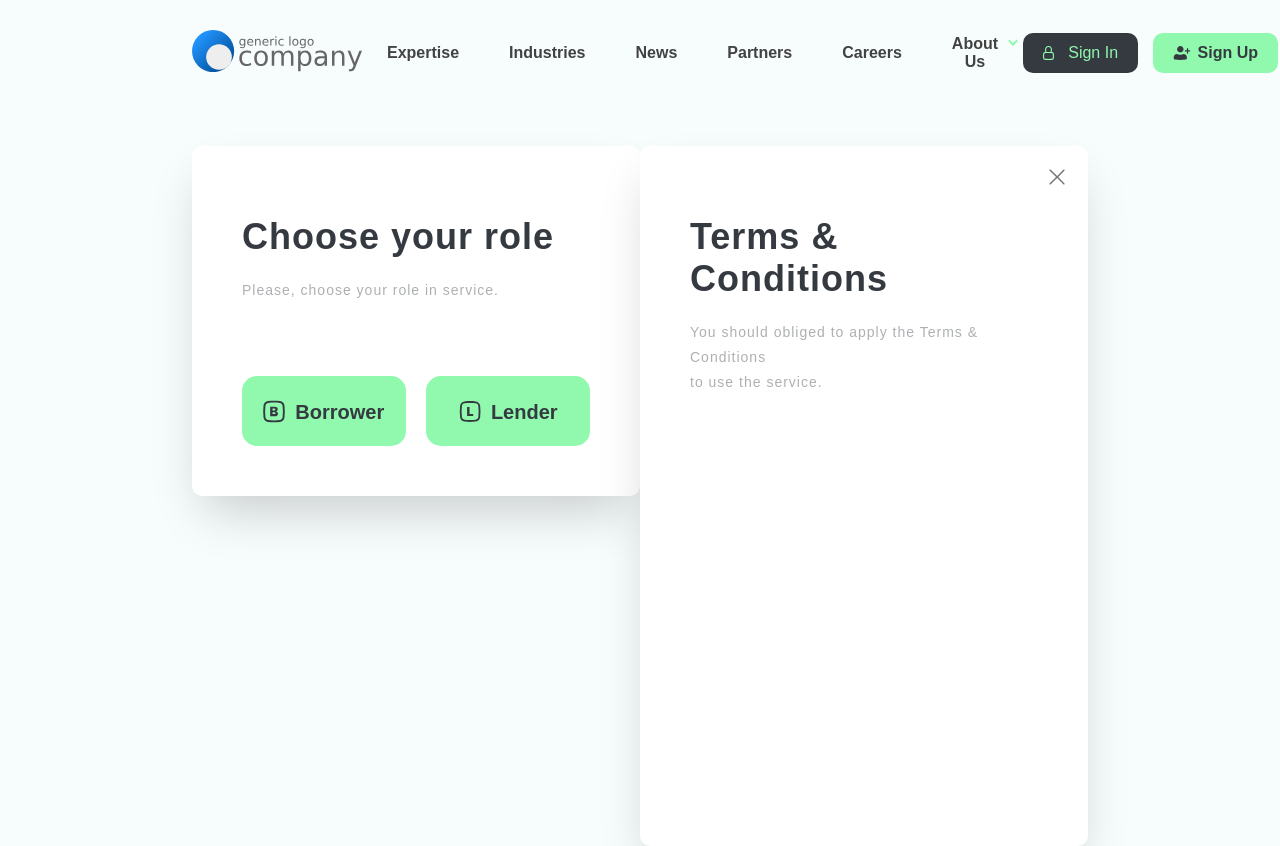
Repository: Andriy-Ma/widgetTask
Page: /
These files come from the project's save history. The page is drawn as it stood at one moment and after the next save; the edit follows.
The browser window is 1280 px wide. The pictures show the whole page.
The page's requests for data from a server got no answer. Some web fonts or font styles are not loaded; a fallback is used. The project was rebuilt for these pictures with package versions that can differ from the ones it lists, and the page was loaded fresh each time. No one was signed in, and anything a server would have sent is missing. Also part of the build but not shown: src/components/Main/SelectedRoleForm/selectedRoleForm.module.css, src/components/Main/SelectedRoleForm/selectedRoleForm.jsx.

Above is the page before, as saved 2022-08-30 10:56:55.

### public/index.html
<!DOCTYPE html>
<html lang="en">
  <head>
    <meta charset="utf-8" />
    <link rel="icon" href="%PUBLIC_URL%/favicon.ico" />
    <link rel="stylesheet" href="https://use.typekit.net/clw7fgu.css">
    <meta name="viewport" content="width=device-width, initial-scale=1" />
    <meta name="theme-color" content="#000000" />
    <meta
      name="description"
      content="Web site created using create-react-app"
    />
    <link rel="apple-touch-icon" href="%PUBLIC_URL%/logo192.png" />
    <!--
      manifest.json provides metadata used when your web app is installed on a
      user's mobile device or desktop. See https://developers.google.com/web/fundamentals/web-app-manifest/
    -->
    <link rel="manifest" href="%PUBLIC_URL%/manifest.json" />
    <!--
      Notice the use of %PUBLIC_URL% in the tags above.
      It will be replaced with the URL of the `public` folder during the build.
      Only files inside the `public` folder can be referenced from the HTML.

      Unlike "/favicon.ico" or "favicon.ico", "%PUBLIC_URL%/favicon.ico" will
      work correctly both with client-side routing and a non-root public URL.
      Learn how to configure a non-root public URL by running `npm run build`.
    -->
    <title>React App</title>
  </head>
  <body>
    <noscript>You need to enable JavaScript to run this app.</noscript>
    <div id="root"></div>
    <!--
      This HTML file is a template.
      If you open it directly in the browser, you will see an empty page.

      You can add webfonts, meta tags, or analytics to this file.
      The build step will place the bundled scripts into the <body> tag.

      To begin the development, run `npm start` or `yarn start`.
      To create a production bundle, use `npm run build` or `yarn build`.
    -->
  </body>
</html>

### src/index.css
* {
  box-sizing: border-box;
  margin: 0;
  padding: 0;
}
body {
  font-family: 'Poppins', sans-serif;
  background-color: #f7fcfd;
  -webkit-font-smoothing: antialiased;
  -moz-osx-font-smoothing: grayscale;
}

### src/App.js
import React from 'react';
import styles from './App.module.css';
import Header from './components/Header/header';
import MainBlock from './components/Main/main';

function App() {
  return (
    <div className={styles.container}>
      <Header/>
      <MainBlock/>
    </div>
  );
}

export default App;

### src/App.module.css
.container {
    display: block;
    align-items: center;
    justify-content: center;
    padding-left: 15%;
    padding-right: 15%;
}

### src/components/Header/header.jsx
import React from 'react';
import Icon from './img/logo-generic';
import {ReactComponent as Lock} from './img/lock.svg';
import {ReactComponent as SignUp} from './img/signup.svg';
import styles from './header.module.css';

function Header() {
  return (
    <div className={styles.header}>
        <div className={styles.logo}>
          <a href="#home">
            <Icon/>
          </a>
        </div>
        <div className={styles.middleOfHeader}>
          <a href="#expertise">Expertise</a>
          <a href="#industries">Industries</a>
          <a href="#news">News</a>
          <a href="#partners">Partners</a>
          <a href="#careers">Careers</a>
          <a href="#aboutus" className={styles.aboutUs}>About Us</a>
        </div>
        <div className={styles.buttonsHeader}>
          <div className={styles.signin}>
            <Lock/>
            <p>Sign In</p>
          </div>
          <div className={styles.signup}>
            <SignUp/>
            <p>Sign Up</p>
          </div>
        </div>
    </div>
  )
}

export default Header;

### src/components/Main/main.jsx
import React,{useState} from 'react';
import ChooseForm from './ChooseForm/chooseForm';
import styles from './main.module.css';
import SelectedRoleForm from './SelectedRoleForm/selectedRoleForm';

function MainBlock() {

  const [selectedRole, setSelectedRole] = useState('');
  console.log(selectedRole);

  return (
    <div className={styles.container}>
        {
          !selectedRole ? <ChooseForm getRole={setSelectedRole}/> : <SelectedRoleForm role={selectedRole} getRole={setSelectedRole}/>
        }
    </div>
  )
}

export default MainBlock;

### src/components/Header/img/logo-generic.jsx
import React from "react";

function Icon() {
  return (
    <svg
      xmlns="http://www.w3.org/2000/svg"
      version="1.1"
      viewBox="0 0 1425.8 353.74"
    >
      <defs>
        <linearGradient
          id="linearGradient5311"
          x1="-467.57"
          x2="-469.87"
          y1="-68.973"
          y2="488.43"
          gradientUnits="userSpaceOnUse"
        >
          <stop offset="0" stopColor="#2294fe"></stop>
          <stop offset="1" stopColor="#014f96"></stop>
        </linearGradient>
      </defs>
      <g transform="translate(364.43 8.482)">
        <g>
          <g fill="#666" transform="translate(-14.426 -21.336)">
            <path d="M145.49 192.37v19.095c-5.773-3.182-11.583-5.55-17.43-7.105a64.331 64.331 0 00-17.541-2.443c-13.248 0-23.536 4.22-30.863 12.657-7.327 8.363-10.991 20.13-10.991 35.304 0 15.172 3.663 26.977 10.991 35.415 7.327 8.363 17.615 12.545 30.863 12.545 5.92 0 11.768-.778 17.541-2.332 5.847-1.628 11.657-4.033 17.43-7.216v18.873a83.693 83.693 0 01-17.763 5.995c-6.07 1.332-12.545 1.998-19.428 1.998-18.725 0-33.601-5.884-44.629-17.652s-16.542-27.643-16.542-47.627c0-20.279 5.55-36.229 16.653-47.849 11.176-11.62 26.459-17.43 45.85-17.43 6.29 0 12.434.666 18.429 1.999a81.647 81.647 0 0117.43 5.772"></path>
            <path d="M228.98 201.92c-10.954 0-19.613 4.293-25.978 12.878-6.365 8.511-9.548 20.205-9.548 35.082 0 14.876 3.146 26.607 9.437 35.193 6.365 8.511 15.061 12.767 26.089 12.767 10.88 0 19.502-4.293 25.867-12.878 6.365-8.585 9.547-20.279 9.547-35.082 0-14.728-3.182-26.385-9.547-34.971-6.365-8.66-14.987-12.989-25.867-12.989m0-17.319c17.763 0 31.714 5.773 41.854 17.319s15.209 27.532 15.209 47.96c0 20.353-5.07 36.34-15.209 47.96-10.14 11.546-24.091 17.319-41.854 17.319-17.837 0-31.825-5.773-41.965-17.319-10.066-11.62-15.098-27.606-15.098-47.96 0-20.427 5.033-36.414 15.098-47.96 10.14-11.546 24.128-17.319 41.965-17.319"></path>
            <path d="M416.6 211.46c5.107-9.177 11.213-15.949 18.318-20.316 7.105-4.367 15.468-6.55 25.09-6.55 12.952 0 22.943 4.552 29.975 13.655 7.03 9.03 10.546 21.908 10.547 38.634v75.048h-20.538v-74.382c0-11.916-2.11-20.76-6.328-26.533-4.219-5.773-10.658-8.66-19.317-8.66-10.584 0-18.947 3.516-25.09 10.548-6.143 7.03-9.215 16.616-9.214 28.754v70.274h-20.538V237.55c0-11.99-2.11-20.834-6.328-26.533-4.22-5.773-10.732-8.66-19.54-8.66-10.435 0-18.724 3.553-24.867 10.658-6.143 7.031-9.215 16.58-9.215 28.643v70.274h-20.538v-124.34h20.538v19.317c4.663-7.623 10.251-13.248 16.764-16.875 6.513-3.626 14.247-5.44 23.203-5.44 9.03 0 16.69 2.295 22.981 6.883 6.365 4.59 11.065 11.25 14.099 19.983"></path>
            <path d="M560.7 293.28v65.945h-20.538v-171.63H560.7v18.873c4.293-7.401 9.695-12.878 16.209-16.431 6.587-3.627 14.432-5.44 23.536-5.44 15.098 0 27.347 5.995 36.747 17.985 9.473 11.99 14.21 27.755 14.21 47.294 0 19.54-4.737 35.304-14.21 47.294-9.4 11.99-21.649 17.985-36.747 17.985-9.104 0-16.949-1.776-23.536-5.329-6.513-3.626-11.916-9.14-16.209-16.542m69.497-43.408c0-15.024-3.109-26.792-9.326-35.304-6.143-8.585-14.617-12.878-25.423-12.878-10.806 0-19.317 4.293-25.534 12.878-6.143 8.512-9.214 20.28-9.214 35.304 0 15.024 3.071 26.83 9.214 35.415 6.217 8.512 14.728 12.767 25.534 12.767s19.28-4.255 25.423-12.767c6.217-8.585 9.326-20.39 9.326-35.415"></path>
            <path d="M741.77 249.43c-16.505 0-27.94 1.887-34.304 5.662-6.365 3.775-9.548 10.214-9.547 19.317 0 7.253 2.368 13.026 7.105 17.319 4.81 4.219 11.324 6.328 19.539 6.328 11.324 0 20.39-3.997 27.199-11.99 6.883-8.067 10.325-18.762 10.325-32.084v-4.552H741.77m40.744-8.437v70.94h-20.427V293.06c-4.663 7.549-10.473 13.137-17.43 16.764-6.958 3.552-15.47 5.329-25.534 5.329-12.73 0-22.87-3.553-30.42-10.658-7.475-7.18-11.212-16.764-11.212-28.754 0-13.988 4.662-24.535 13.988-31.64 9.4-7.106 23.388-10.658 41.965-10.658h28.643v-1.999c0-9.4-3.109-16.653-9.326-21.759-6.143-5.18-14.802-7.77-25.978-7.77-7.105 0-14.025.85-20.76 2.552-6.735 1.703-13.21 4.256-19.428 7.66v-18.872c7.475-2.887 14.728-5.033 21.76-6.44 7.03-1.48 13.876-2.22 20.537-2.22 17.985 0 31.418 4.663 40.3 13.988 8.88 9.326 13.321 23.462 13.321 42.41"></path>
            <path d="M928.5 236.89v75.048h-20.427v-74.382c0-11.768-2.295-20.575-6.883-26.422-4.589-5.847-11.472-8.77-20.65-8.77-11.027 0-19.723 3.515-26.088 10.547-6.365 7.03-9.548 16.616-9.548 28.754v70.274h-20.538v-124.34h20.538v19.317c4.885-7.476 10.621-13.063 17.208-16.764 6.661-3.7 14.321-5.551 22.981-5.551 14.284 0 25.09 4.44 32.417 13.322 7.327 8.807 10.991 21.797 10.991 38.967"></path>
            <path d="M1021.2 323.48c-5.773 14.802-11.398 24.461-16.875 28.976-5.477 4.515-12.804 6.772-21.981 6.772h-16.32v-17.097h11.99c5.625 0 9.992-1.332 13.1-3.996s6.55-8.956 10.325-18.873l3.664-9.326-50.291-122.34h21.648l38.856 97.252 38.856-97.252h21.648l-54.621 135.89"></path>
          </g>
          <g fill="#666" transform="translate(-416.34 -21.336)">
            <path d="M489.95 115.06c0-6.675-1.385-11.848-4.155-15.519-2.737-3.671-6.592-5.507-11.564-5.507-4.94 0-8.794 1.836-11.564 5.507-2.737 3.671-4.105 8.844-4.105 15.519 0 6.642 1.368 11.798 4.105 15.469 2.77 3.671 6.625 5.507 11.564 5.507 4.973 0 8.827-1.836 11.564-5.507 2.77-3.671 4.155-8.828 4.155-15.469m9.211 21.727c0 9.545-2.119 16.637-6.357 21.276-4.24 4.672-10.73 7.009-19.474 7.009-3.238 0-6.292-.25-9.162-.751a44.69 44.69 0 01-8.36-2.203v-8.961c2.703 1.468 5.373 2.553 8.01 3.254 2.636.7 5.323 1.051 8.06 1.051 6.04 0 10.563-1.585 13.567-4.756 3.004-3.137 4.505-7.893 4.505-14.268v-4.555c-1.902 3.304-4.338 5.774-7.309 7.409-2.97 1.635-6.524 2.453-10.663 2.453-6.875 0-12.415-2.62-16.62-7.86-4.206-5.24-6.308-12.182-6.308-20.826 0-8.677 2.102-15.636 6.307-20.876 4.206-5.24 9.746-7.86 16.621-7.86 4.139 0 7.693.818 10.663 2.454 2.97 1.635 5.407 4.105 7.31 7.409v-8.51h9.21v49.11"></path>
            <path d="M566.09 113.41v4.506h-42.352c.4 6.34 2.303 11.18 5.707 14.518 3.438 3.304 8.21 4.956 14.318 4.956 3.538 0 6.959-.434 10.263-1.302 3.337-.868 6.642-2.17 9.912-3.905v8.711a55.24 55.24 0 01-10.163 3.204 50.9 50.9 0 01-10.563 1.102c-8.944 0-16.037-2.604-21.276-7.81-5.206-5.207-7.81-12.248-7.81-21.126 0-9.178 2.47-16.454 7.41-21.827 4.973-5.407 11.664-8.11 20.075-8.11 7.542 0 13.5 2.436 17.872 7.309 4.405 4.84 6.608 11.43 6.608 19.774m-9.211-2.703c-.067-5.04-1.486-9.062-4.256-12.065-2.736-3.004-6.374-4.506-10.914-4.506-5.14 0-9.261 1.452-12.365 4.355-3.07 2.904-4.839 6.992-5.306 12.265l32.84-.05"></path>
            <path d="M627.62 109.9v33.842h-9.211v-33.541c0-5.306-1.035-9.278-3.104-11.915-2.07-2.636-5.173-3.955-9.312-3.955-4.973 0-8.894 1.585-11.765 4.756-2.87 3.17-4.305 7.493-4.305 12.966v31.689h-9.261V87.673h9.261v8.71c2.203-3.37 4.79-5.89 7.76-7.558 3.003-1.67 6.458-2.503 10.363-2.504 6.44 0 11.314 2.003 14.618 6.008 3.304 3.971 4.956 9.829 4.956 17.572"></path>
            <path d="M694.05 113.41v4.506h-42.352c.4 6.34 2.303 11.18 5.707 14.518 3.438 3.304 8.21 4.956 14.318 4.956 3.538 0 6.959-.434 10.263-1.302 3.337-.868 6.642-2.17 9.912-3.905v8.711a55.24 55.24 0 01-10.163 3.204 50.9 50.9 0 01-10.563 1.102c-8.944 0-16.037-2.604-21.276-7.81-5.206-5.207-7.81-12.248-7.81-21.126 0-9.178 2.47-16.454 7.41-21.827 4.973-5.407 11.664-8.11 20.075-8.11 7.543 0 13.5 2.436 17.872 7.309 4.405 4.84 6.608 11.43 6.608 19.774m-9.211-2.703c-.067-5.04-1.486-9.062-4.256-12.065-2.736-3.004-6.374-4.506-10.913-4.506-5.14 0-9.261 1.452-12.365 4.355-3.07 2.904-4.839 6.992-5.306 12.265l32.84-.05"></path>
            <path d="M741.46 96.286a11.624 11.624 0 00-3.404-1.302c-1.202-.3-2.537-.45-4.005-.45-5.207 0-9.212 1.702-12.015 5.106-2.77 3.371-4.155 8.227-4.155 14.568v29.537h-9.262V87.676h9.262v8.71c1.935-3.403 4.455-5.923 7.56-7.558 3.103-1.67 6.874-2.503 11.313-2.503.634 0 1.335.05 2.103.15.767.067 1.618.183 2.553.35l.05 9.462"></path>
            <path d="M751.22 87.676h9.211v56.069h-9.211V87.676m0-21.827h9.211v11.664h-9.211V65.849"></path>
            <path d="M820.01 89.828v8.61c-2.603-1.434-5.223-2.502-7.86-3.203a29.012 29.012 0 00-7.91-1.102c-5.974 0-10.613 1.903-13.917 5.707-3.304 3.772-4.956 9.078-4.956 15.92 0 6.842 1.652 12.165 4.957 15.97 3.304 3.772 7.943 5.657 13.917 5.657 2.67 0 5.306-.35 7.91-1.051 2.636-.734 5.256-1.819 7.859-3.254v8.51a37.736 37.736 0 01-8.01 2.704c-2.737.6-5.657.9-8.76.9-8.445 0-15.153-2.652-20.126-7.959-4.973-5.306-7.459-12.465-7.459-21.477 0-9.144 2.503-16.337 7.51-21.577 5.039-5.24 11.93-7.86 20.675-7.86 2.837 0 5.607.3 8.31.902a36.82 36.82 0 017.86 2.603"></path>
            <path d="M868.57 65.849h9.211v77.896h-9.211V65.849"></path>
            <path d="M918.73 94.134c-4.94 0-8.844 1.936-11.714 5.807-2.87 3.838-4.305 9.111-4.305 15.82s1.418 11.998 4.255 15.87c2.87 3.838 6.792 5.757 11.765 5.757 4.906 0 8.794-1.935 11.664-5.807 2.87-3.871 4.305-9.144 4.305-15.82 0-6.641-1.435-11.898-4.305-15.769-2.87-3.905-6.758-5.857-11.664-5.857m0-7.81c8.01 0 14.301 2.604 18.873 7.81 4.572 5.206 6.858 12.415 6.859 21.627 0 9.178-2.287 16.387-6.859 21.627-4.572 5.206-10.863 7.81-18.873 7.81-8.043 0-14.351-2.604-18.923-7.81-4.539-5.24-6.808-12.45-6.808-21.627 0-9.211 2.27-16.42 6.808-21.627 4.572-5.206 10.88-7.81 18.923-7.81"></path>
            <path d="M996.58 115.06c0-6.675-1.385-11.848-4.155-15.519-2.737-3.671-6.592-5.507-11.564-5.507-4.94 0-8.794 1.836-11.564 5.507-2.737 3.671-4.105 8.844-4.105 15.519 0 6.642 1.368 11.798 4.105 15.469 2.77 3.671 6.625 5.507 11.564 5.507 4.973 0 8.828-1.836 11.564-5.507 2.77-3.671 4.155-8.828 4.155-15.469m9.211 21.727c0 9.545-2.119 16.637-6.357 21.276-4.24 4.672-10.73 7.009-19.474 7.009-3.238 0-6.292-.25-9.162-.751a44.69 44.69 0 01-8.36-2.203v-8.961c2.703 1.468 5.373 2.553 8.01 3.254 2.636.7 5.323 1.051 8.06 1.051 6.04 0 10.563-1.585 13.567-4.756 3.003-3.137 4.505-7.893 4.505-14.268v-4.555c-1.902 3.304-4.338 5.774-7.309 7.409-2.97 1.635-6.524 2.453-10.663 2.453-6.875 0-12.415-2.62-16.62-7.86-4.206-5.24-6.308-12.182-6.308-20.826 0-8.677 2.102-15.636 6.307-20.876 4.206-5.24 9.746-7.86 16.621-7.86 4.139 0 7.693.818 10.663 2.454 2.97 1.635 5.407 4.105 7.31 7.409v-8.51h9.21v49.11"></path>
            <path d="M1046.5 94.134c-4.94 0-8.844 1.936-11.714 5.807-2.87 3.838-4.305 9.111-4.305 15.82s1.418 11.998 4.255 15.87c2.87 3.838 6.792 5.757 11.765 5.757 4.906 0 8.794-1.935 11.664-5.807 2.87-3.871 4.305-9.144 4.305-15.82 0-6.641-1.435-11.898-4.305-15.769-2.87-3.905-6.758-5.857-11.664-5.857m0-7.81c8.01 0 14.3 2.604 18.873 7.81 4.572 5.206 6.858 12.415 6.858 21.627 0 9.178-2.286 16.387-6.858 21.627-4.572 5.206-10.864 7.81-18.873 7.81-8.043 0-14.351-2.604-18.924-7.81-4.539-5.24-6.808-12.45-6.808-21.627 0-9.211 2.269-16.42 6.808-21.627 4.572-5.206 10.88-7.81 18.924-7.81"></path>
          </g>
          <g transform="rotate(-45 269.773 885.347) scale(.61927)">
            <path
              fill="url(#linearGradient5311)"
              d="M-184.26 202.82c0 157.74-127.87 285.61-285.61 285.61s-285.61-127.87-285.61-285.61S-627.61-82.79-469.87-82.79s285.61 127.87 285.61 285.61z"
              transform="translate(1202 -114.01)"
            ></path>
            <path
              fill="#eee"
              d="M-184.26 202.82c0 157.74-127.87 285.61-285.61 285.61s-285.61-127.87-285.61-285.61S-627.61-82.79-469.87-82.79s285.61 127.87 285.61 285.61z"
              transform="translate(1018.2 79.03) scale(.60887)"
            ></path>
          </g>
        </g>
      </g>
    </svg>
  );
}

export default Icon;

### src/components/Header/header.module.css
.logo {
    display: block;
    min-width: 170px;
}
.header {
    display: flex;
    justify-content: space-between;
    align-items: center;
    padding-top: 30px;
    min-width: 1000px;
}
.middleOfHeader {
    display: flex;
    justify-content: space-between;
    align-items: center;
    text-decoration: none;
}
.middleOfHeader a {
    display: block;
    color: #424242;
    text-align: center;
    padding: 0px 25px;
    text-decoration: none;
    font-size: 16px;
    font-weight: 600;
}
.middleOfHeader a:hover {
    color: #1b1a1a;
}
.aboutUs{
    position: relative;
}
.aboutUs::after{
    content: '';
    border-left: 2px solid #90F9AD;
    border-top: 2px solid #90F9AD;
    width: 5px;
    height: 5px;
    float: right;
    transform: translate(50%, -50%) rotate(-135deg);
    position: absolute;
    top: 6px;
    right: 10px;
}
.buttonsHeader {
    display: flex;
    justify-content: space-between;
    align-items: center;
}
.buttonsHeader:hover {
    cursor: pointer;
}
.signin {
    display: flex;
    justify-content: space-between;
    align-items: center;
    color: #90F9AD;
    background-color: #343A40;
    font-weight: 500;
    padding: 0px 20px;
    border-radius: 10px;
    width: 115px;
    height: 40px;
    margin-right: 15px;
}
.signin:hover {
    background-color: #252a2e;
}
.signup {
    display: flex;
    justify-content: space-between;
    align-items: center;
    color: #343A40;
    background-color: #90F9AD;
    font-weight: 600;
    padding: 0px 20px;
    border-radius: 10px;
    width: 125px;
    height: 40px;
}
.signup:hover {
    background-color: #3df370;
}

### src/components/Main/ChooseForm/chooseForm.jsx
import React from 'react';
import styles from './chooseForm.module.css';
import {ReactComponent as Borrower} from '../img/borrower.svg';
import {ReactComponent as Lender} from '../img/lender.svg';
import {ReactComponent as Close} from '../img/close.svg';

const roles = ['Borrower', 'Lender'];

function ChooseForm({getRole}) {

  async function text () {
    const res = await fetch('https://60c74df306f3160017d29000.mockapi.io/api/v1/tossource');
    const ready = await res.json();
    console.log(ready.map(lol => lol.text));
    return ready;
  };

  /*fetch('https://60c74df306f3160017d29000.mockapi.io/api/v1/tossource')
  .then((response) => {
    return response.json();
  })
  .then((data) => {
    console.log(data);
  });*/

  text();

  return (
    <>
    <div className={styles.form}>
      <div>
        <p className={styles.mainText}>Choose your role</p>
        <p className={styles.underText}>Please, choose your role in service.</p>
      </div>
      <div className={styles.buttonsChooseForm}>
      {
        roles.map(role =>
            <div className={styles.role} key={role} onClick={() => getRole(role)}>
              {role === 'Borrower' ? <Borrower/> : <Lender/>}
              <p className={styles.buttonText}>{role}</p>
            </div>
        )
      }
      </div>
    </div>
    <div className={styles.agreeForm}>
      <Close className={styles.closeButton}/>
      <div>
        <p className={styles.mainText}>Terms & Conditions</p>
        <p className={styles.underText}>You should obliged to apply the Terms & Conditions <p> to use the service.</p></p>
      </div>
      <div>
      </div>
    </div>
    </>
  )
}

export default ChooseForm;

### src/components/Main/main.module.css
.container{
    width: 100%;
    display: flex;
    justify-content: center;
}

### src/components/Main/ChooseForm/chooseForm.module.css
.form{
    width: 600px;
    height: 350px;
    padding: 50px;
    background-color: #fff;
    margin-top: 70px;
    border-radius: 10px;
    box-shadow: 0px 25px 49px -12px rgba(0,0,0,0.2);
    display: flex;
    flex-direction: column;
    justify-content: space-between;
}
.agreeForm{
    width: 600px;
    height: 700px;
    padding: 50px;
    background-color: #fff;
    margin-top: 70px;
    border-radius: 10px;
    box-shadow: 0px 25px 49px -12px rgba(0,0,0,0.2);
    display: flex;
    flex-direction: column;
    justify-content: space-between;
    position: relative;
}
.mainText{
    margin-top: 20px;
    font-size: 36px;
    font-weight: 800;
    color: #343A40;
    letter-spacing: 1px;
}
.underText{
    margin-top: 20px;
    font-size: 14px;
    font-weight: 500;
    color: #343A40;
    opacity: .4;
    letter-spacing: 1px;
    line-height: 25px;
}
.buttonsChooseForm {
    display: flex;
    justify-content: space-between;
    align-items: center;
    font-size: 20px;
}
.buttonsChooseForm:hover {
    cursor: pointer;
}
.role {
    display: flex;
    justify-content: center;
    align-items: center;
    color: #343A40;
    background-color: #90F9AD;
    font-weight: 800;
    padding: 0px 20px;
    border-radius: 15px;
    width: 47%;
    height: 70px;
}
.role:hover {
    background-color: #3df370;
}
.buttonText{
    padding-top: 3px;
    padding-left: 10px;
}
.cancelButton{
    display: flex;
    justify-content: center;
    align-items: center;
    color: #343A40;
    background-color: #f2f2f2a9;
    font-weight: 800;
    padding: 0px 20px;
    border-radius: 15px;
    width: 30%;
    height: 70px;
}
.closeButton{
    position: absolute;
    top: 25px;
    right: 25px;
    transform: scale(1.3);
}
.closeButton:hover{
    fill: rgb(185, 36, 36);
    cursor: pointer;
}

Loaded but not shown: src/index.js (common file)

After the next save:
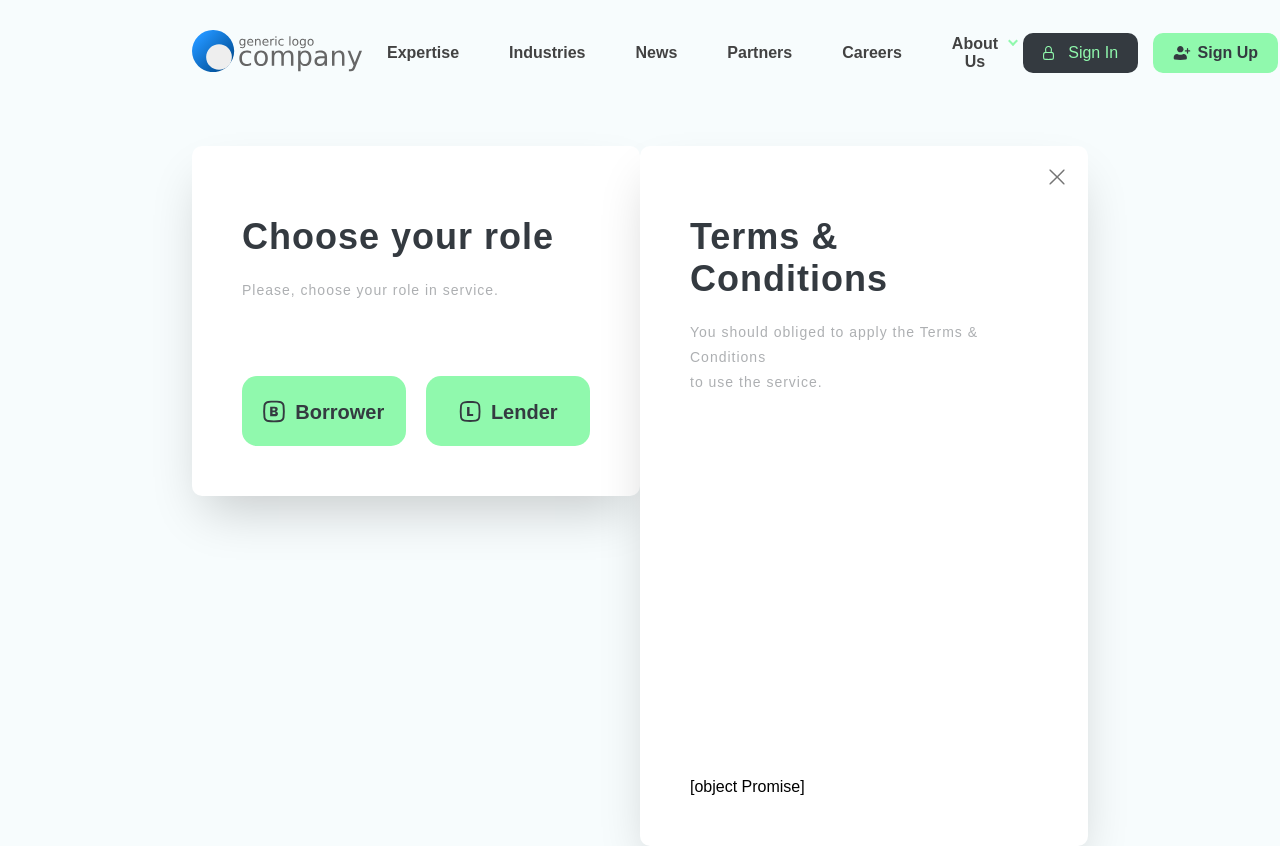
Saved 5 min 56 s later.
--- a/src/components/Main/ChooseForm/chooseForm.jsx
+++ b/src/components/Main/ChooseForm/chooseForm.jsx
@@ -12,7 +12,7 @@ function ChooseForm({getRole}) {
     const res = await fetch('https://60c74df306f3160017d29000.mockapi.io/api/v1/tossource');
     const ready = await res.json();
     console.log(ready.map(lol => lol.text));
-    return ready;
+    return ready.map(lol => lol.text);
   };
 
   /*fetch('https://60c74df306f3160017d29000.mockapi.io/api/v1/tossource')
@@ -49,7 +49,7 @@ function ChooseForm({getRole}) {
         <p className={styles.mainText}>Terms & Conditions</p>
         <p className={styles.underText}>You should obliged to apply the Terms & Conditions <p> to use the service.</p></p>
       </div>
-      <div>
+      <div dangerouslySetInnerHTML={{__html: text()}}>
       </div>
     </div>
     </>
